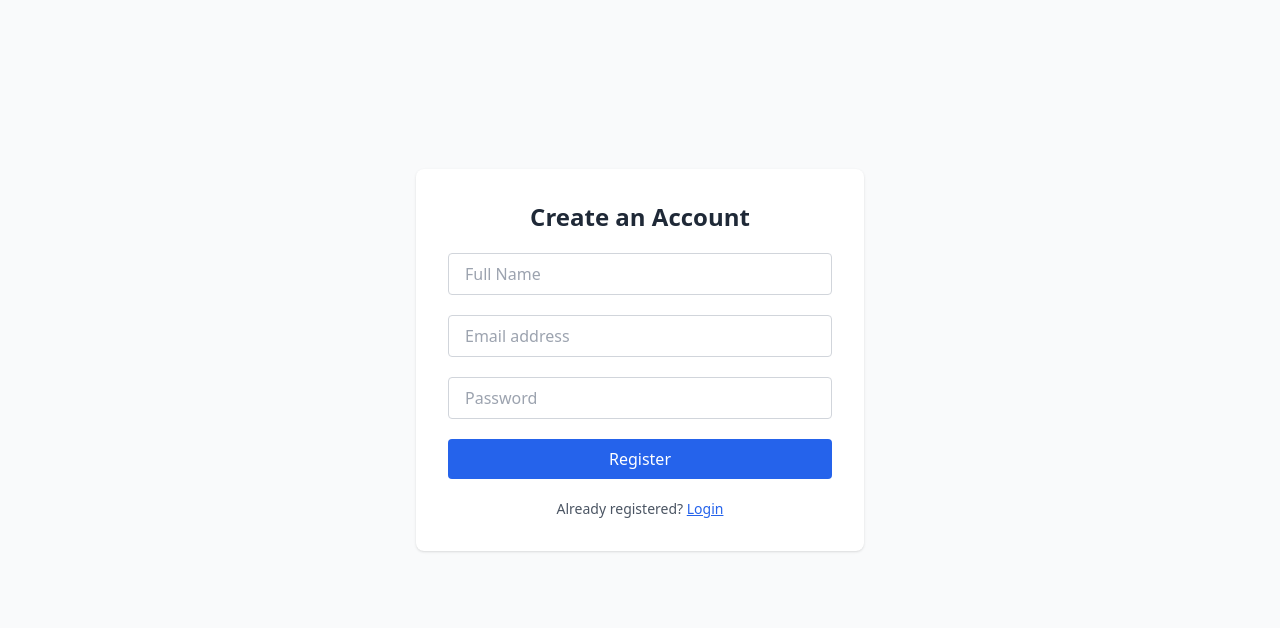
Repository: ruthvik-mt/Trackifi
Page: /register (app in frontend/)
An editor plug-in stored every save of this project. The page is shown before and after the next save, followed by the edit.
The browser window is 1280 px wide. The pictures show the whole page.
The project was rebuilt for these pictures with package versions that can differ from the ones it lists, and the page was loaded fresh each time. Also part of the build but not shown: frontend/vite.config.ts, frontend/src/hooks/useAuth.ts, frontend/src/pages/Auth/Login.tsx, frontend/src/components/Sidebar.tsx, frontend/src/components/Navbar.tsx, frontend/src/pages/Dashboard/Layout.tsx, frontend/src/pages/Dashboard/Dashboard.tsx, frontend/src/pages/Categories/CategoryForm.tsx and 22 more.

Above is the page before, as saved 2025-07-14 15:54:04.

After the next save:
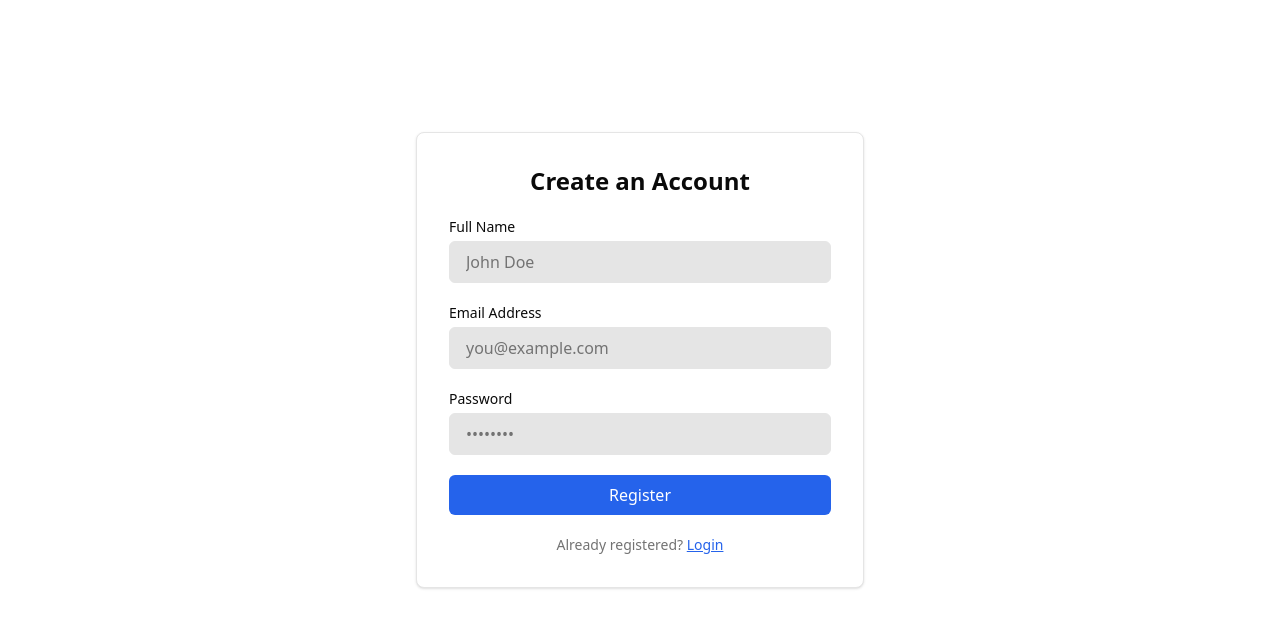
Saved 73 s later.
--- a/frontend/src/pages/Auth/Register.tsx
+++ b/frontend/src/pages/Auth/Register.tsx
@@ -1,6 +1,7 @@
 import { useState } from "react";
 import { Link, useNavigate } from "react-router-dom";
 import axios from "../../axios";
+import FormInput from "../../components/FormInput";
 
 export default function Register() {
   const [fullName, setFullName] = useState("");
@@ -11,11 +12,11 @@ export default function Register() {
 
   const isPasswordStrong = (pwd: string) => {
     const conditions = [
-      /.{8,}/.test(pwd),       // min 8 characters
-      /[A-Z]/.test(pwd),       // at least one uppercase
-      /[a-z]/.test(pwd),       // at least one lowercase
-      /[0-9]/.test(pwd),       // at least one digit
-      /[\W_]/.test(pwd),       // at least one special char
+      /.{8,}/.test(pwd),       // Min 8 characters
+      /[A-Z]/.test(pwd),       // At least one uppercase
+      /[a-z]/.test(pwd),       // At least one lowercase
+      /[0-9]/.test(pwd),       // At least one digit
+      /[\W_]/.test(pwd),       // At least one special char
     ];
     return conditions.filter(Boolean).length >= 4;
   };
@@ -38,40 +39,39 @@ export default function Register() {
   };
 
   return (
-    <div className="min-h-screen flex justify-center items-center bg-gray-50 px-4">
+    <div className="min-h-screen flex justify-center items-center bg-background px-4 text-foreground">
       <form
         onSubmit={handleSubmit}
-        className="w-full max-w-md bg-white p-8 rounded-lg shadow space-y-5"
+        className="w-full max-w-md bg-card text-foreground p-8 rounded-lg shadow space-y-5 border border-border"
       >
-        <h2 className="text-2xl font-bold text-center text-gray-800">Create an Account</h2>
+        <h2 className="text-2xl font-bold text-center">Create an Account</h2>
 
-        <input
-  type="text"
-  placeholder="Full Name"
-  value={fullName}
-  onChange={(e) => setFullName(e.target.value)}
-  required
-  className="w-full border border-gray-300 rounded px-4 py-2 text-gray-800 placeholder-gray-400"
-/>
+        <FormInput
+          label="Full Name"
+          type="text"
+          placeholder="John Doe"
+          value={fullName}
+          onChange={(e) => setFullName(e.target.value)}
+          required
+        />
 
-<input
-  type="email"
-  placeholder="Email address"
-  value={email}
-  onChange={(e) => setEmail(e.target.value)}
-  required
-  className="w-full border border-gray-300 rounded px-4 py-2 text-gray-800 placeholder-gray-400"
-/>
+        <FormInput
+          label="Email Address"
+          type="email"
+          placeholder="you@example.com"
+          value={email}
+          onChange={(e) => setEmail(e.target.value)}
+          required
+        />
 
-<input
-  type="password"
-  placeholder="Password"
-  value={password}
-  onChange={(e) => setPassword(e.target.value)}
-  required
-  className="w-full border border-gray-300 rounded px-4 py-2 text-gray-800 placeholder-gray-400"
-/>
-
+        <FormInput
+          label="Password"
+          type="password"
+          placeholder="••••••••"
+          value={password}
+          onChange={(e) => setPassword(e.target.value)}
+          required
+        />
 
         {!isPasswordStrong(password) && password.length > 0 && (
           <p className="text-sm text-red-500">
@@ -83,12 +83,12 @@ export default function Register() {
 
         <button
           type="submit"
-          className="w-full bg-blue-600 text-white py-2 rounded hover:bg-blue-700"
+          className="w-full bg-blue-600 text-white py-2 rounded-md hover:bg-blue-700 transition"
         >
           Register
         </button>
 
-        <div className="text-center text-sm text-gray-600">
+        <div className="text-center text-sm text-muted-foreground">
           Already registered?{" "}
           <Link to="/login" className="text-blue-600 font-medium underline">
             Login
